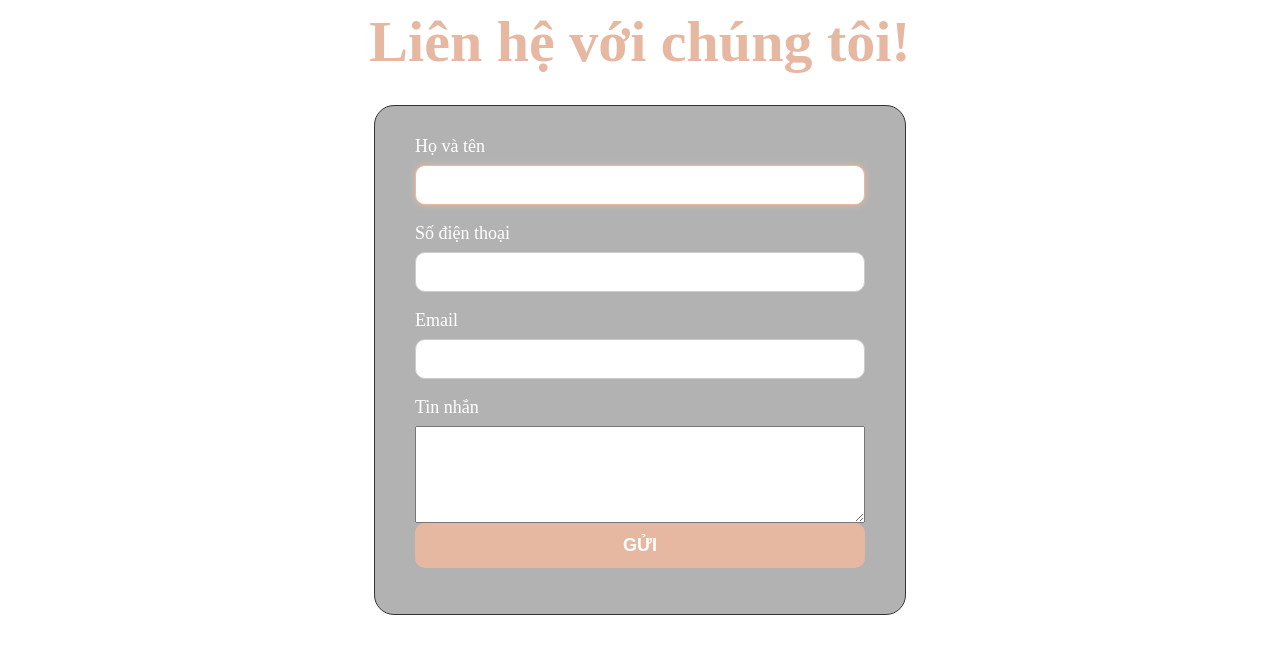
Repository: mingbeo100-boop/website_bancheonline
Page: http://localhost/pages/lienhe.php
An editor plug-in stored every save of this project. The page is shown before and after the next save, followed by the edit.
The browser window is 1280 px wide. The pictures show the whole page.
The first visible `input` has the focus.
The page is run by PHP 8.4 with error messages shown; the project is at /var/www/html/.

Above is the page before, as saved 2025-11-27 08:22:00.

### pages/lienhe.php
<style>
    h1 {
        font-family: 'Dancing Script', cursive;
        color: #E6B8A2;
        font-size: 58px;
        text-align: center;
        margin-bottom: 30px;
    }

    .decor-form {
        background: rgba(0, 0, 0, 0.3);
        padding: 30px 40px;
        border-radius: 20px;
        max-width: 450px;
        margin: auto;
        border: 1px solid #333;
        backdrop-filter: blur(3px);
    }

    label {
        color: white;
        font-size: 18px;
        margin-bottom: 8px;
        display: block;
    }

    input {
        width: 100%;
        padding: 10px 12px;
        margin-bottom: 18px;
        border-radius: 10px;
        border: 1px solid #ccc;
        font-size: 16px;
        outline: none;
    }

    input:focus {
        border-color: #E6B8A2;
        box-shadow: 0 0 5px #E6B8A2;
    }

    button {
        width: 100%;
        padding: 12px;
        background-color: #E6B8A2;
        color: white;
        border: none;
        font-size: 18px;
        font-weight: bold;
        border-radius: 10px;
        cursor: pointer;
        transition: 0.3s;
    }

    button:hover {
        background-color: #d9a48f;
    }

    textarea {
        width: 100%;
        padding: 10px 12px;
    }
</style>

<h1>Liên hệ với chúng tôi!</h1>

<div class="decor-form">
    <form>
        <label>Họ và tên</label>
        <input type="text" name="name" required>

        <label>Số điện thoại</label>
        <input type="tel" name="number" required>

        <label>Email</label>
        <input type="email" name="email" required>

        <label>Tin nhắn</label>
        <textarea name="message" rows="5"></textarea>

        <button type="submit">GỬI</button>
    </form>
</div>

After the next save:
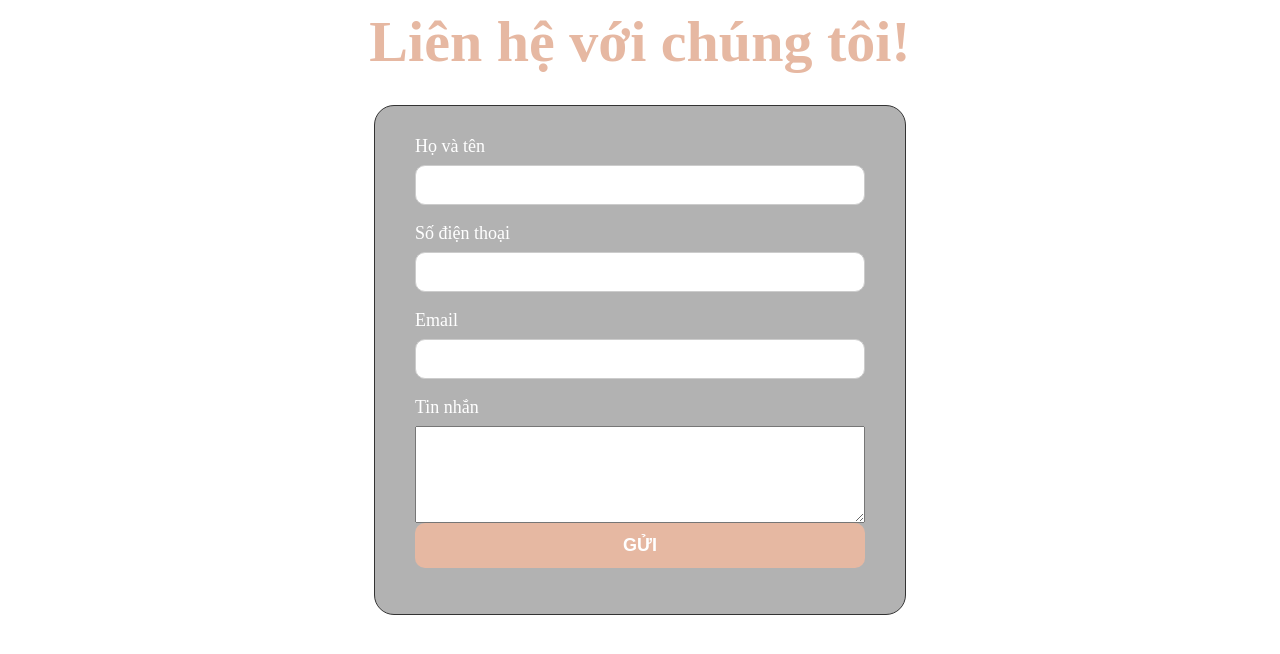
Saved 7 min 53 s later.
--- a/pages/lienhe.php
+++ b/pages/lienhe.php
@@ -34,10 +34,7 @@
         outline: none;
     }
 
-    input:focus {
-        border-color: #E6B8A2;
-        box-shadow: 0 0 5px #E6B8A2;
-    }
+
 
     button {
         width: 100%;

After the save that followed:
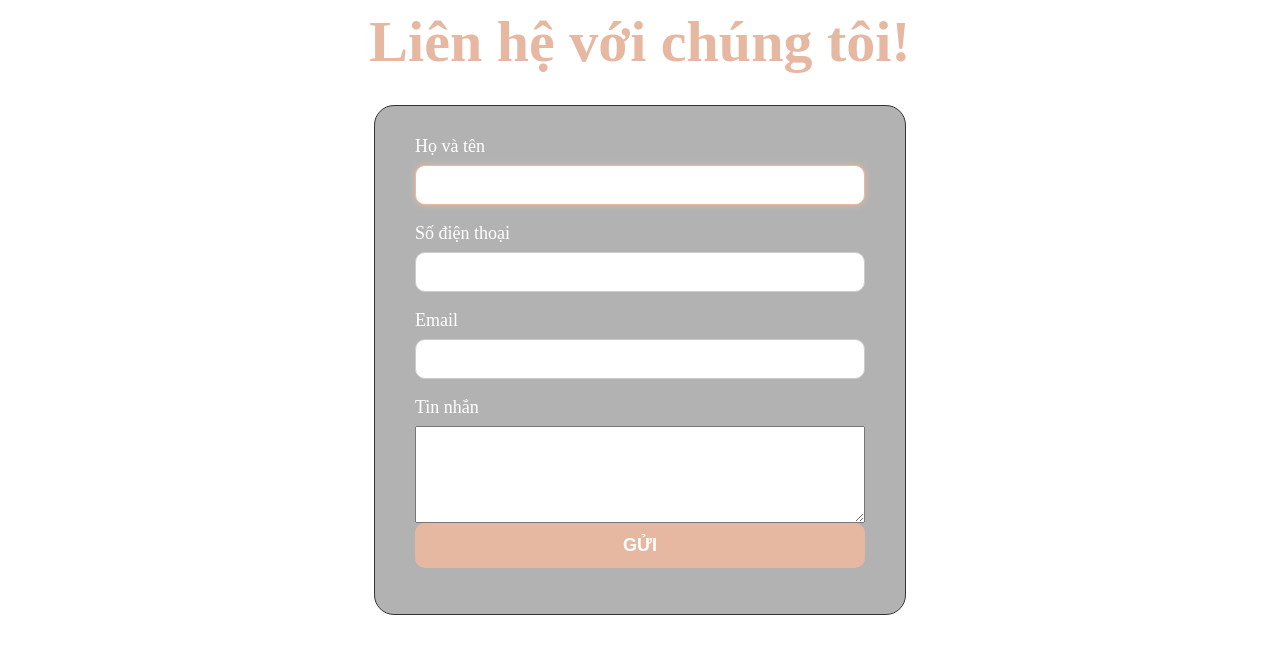
Saved 7 s later.
--- a/pages/lienhe.php
+++ b/pages/lienhe.php
@@ -34,7 +34,10 @@
         outline: none;
     }
 
-
+    input:focus {
+        border-color: #E6B8A2;
+        box-shadow: 0 0 5px #E6B8A2;
+    }
 
     button {
         width: 100%;
